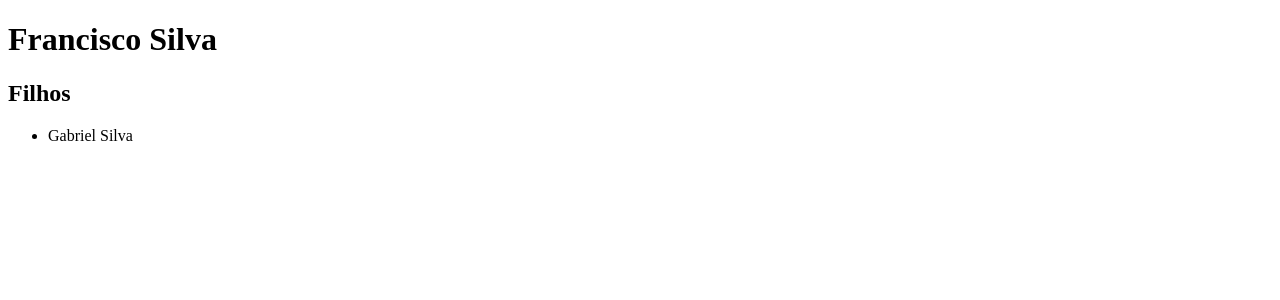
Repository: eversonps/react-fundamentos
Page: / (app in v2/exercicios/)
These files come from the project's save history. The page is drawn as it stood at one moment and after the next save; the edit follows.
The browser window is 1280 px wide. The pictures show the whole page.
The project was rebuilt for these pictures with package versions that can differ from the ones it lists, and the page was loaded fresh each time.

Above is the page before, as saved 2022-03-21 16:09:19.

### v2/exercicios/src/index.js
import React from "react";
import ReactDOM from "react-dom";

import Pai from "./componentes/Pai"
import Filho from "./componentes/Filho"

ReactDOM.render(
    <div>
        <Pai nome="Francisco" sobrenome="Silva">
            <Filho nome="Gabriel" sobrenome="Silva"></Filho>
        </Pai>
    </div>,
    document.getElementById("root")
)

### v2/exercicios/src/componentes/Pai.jsx
import React from "react";

export default props => (
    <div>
        <h1>{props.nome} {props.sobrenome}</h1>
        <h2>Filhos</h2>
        <ul>
            {
                React.cloneElement(props.children, {...props, ...props.children.props})
            }
        </ul>
    </div>

)

### v2/exercicios/src/componentes/Filho.jsx
import React from "react";

export default props => (
    <li>{props.nome} {props.sobrenome}</li>
)

Loaded but not shown: v2/exercicios/public/index.html (common file)

After the next save:
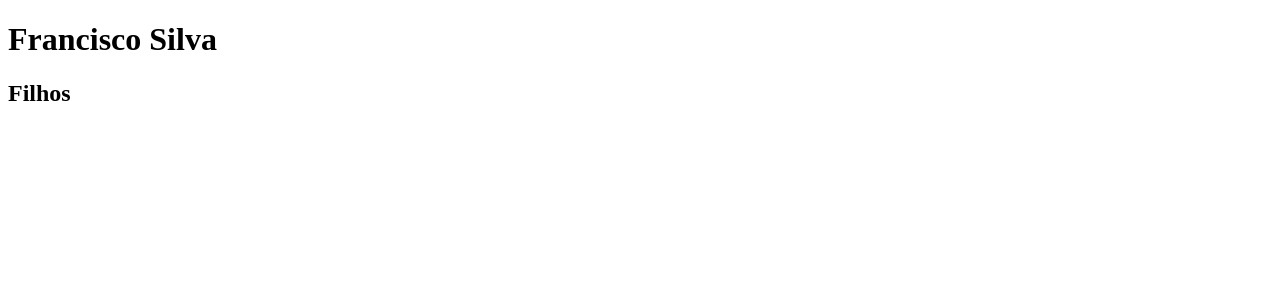
Saved 46 s later.
--- a/v2/exercicios/src/componentes/Pai.jsx
+++ b/v2/exercicios/src/componentes/Pai.jsx
@@ -6,7 +6,10 @@
         <h2>Filhos</h2>
         <ul>
             {
-                React.cloneElement(props.children, {...props, ...props.children.props})
+                React.Children.map(child => {
+                    React.cloneElement(props.child, {...props, ...props.child.props})
+                })
+
             }
         </ul>
     </div>

After the 3 saves that followed:
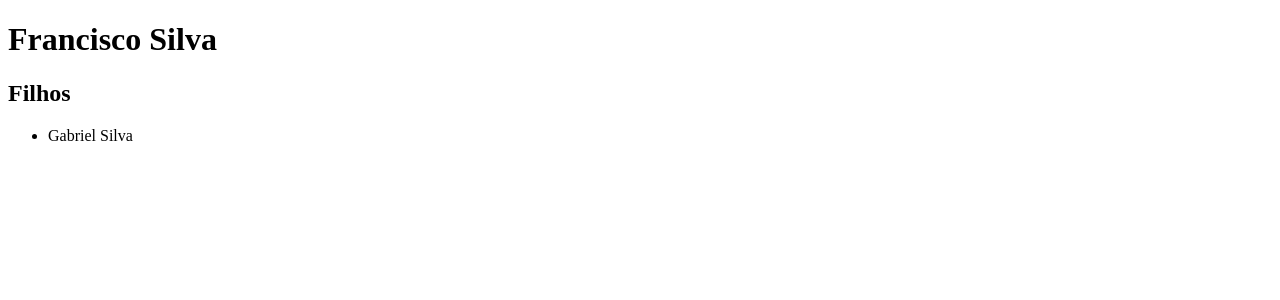
The 3 saves are shown as one change because 2 did not build or start.
The last was saved 109 s later.
--- a/v2/exercicios/src/componentes/Pai.jsx
+++ b/v2/exercicios/src/componentes/Pai.jsx
@@ -6,8 +6,8 @@
         <h2>Filhos</h2>
         <ul>
             {
-                React.Children.map(child => {
-                    React.cloneElement(props.child, {...props, ...props.child.props})
+                React.Children.map(props.children, child => {
+                    return React.cloneElement(child, {...props, ...child.props})
                 })
 
             }
